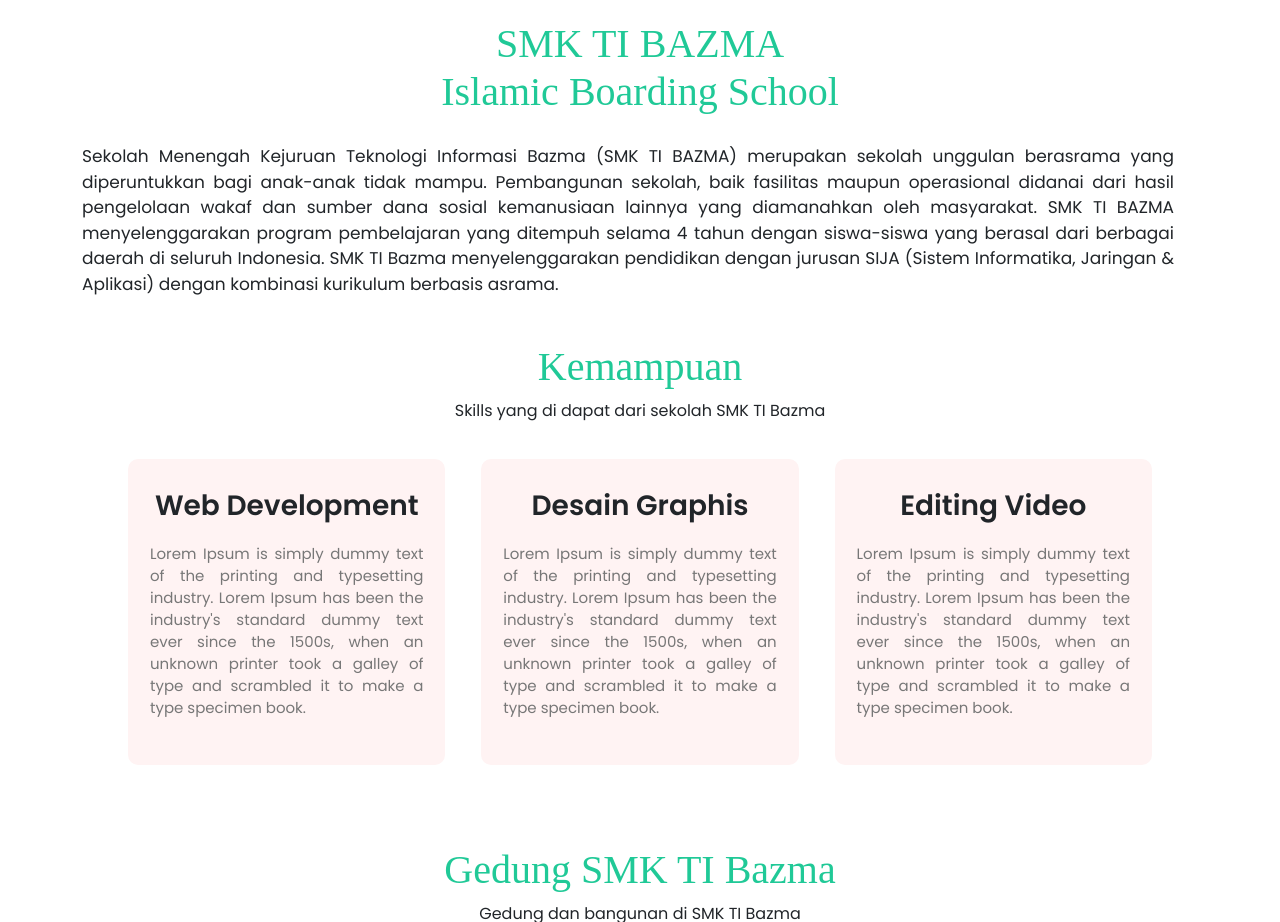
Repository: farhannurrahmat/Landing-Page-School
Page: index.html
An editor plug-in stored every save of this project. The page is shown before and after the next save, followed by the edit.
The browser window is 1280 px wide. The pictures show the part of the page from y = 720 to 1642 px (the page is 4147 px tall).
A picture or video elsewhere on the page could not be fetched, so the positions and the page height are approximate.

Above is the page before, as saved 2024-01-31 08:50:59.

After the next save:
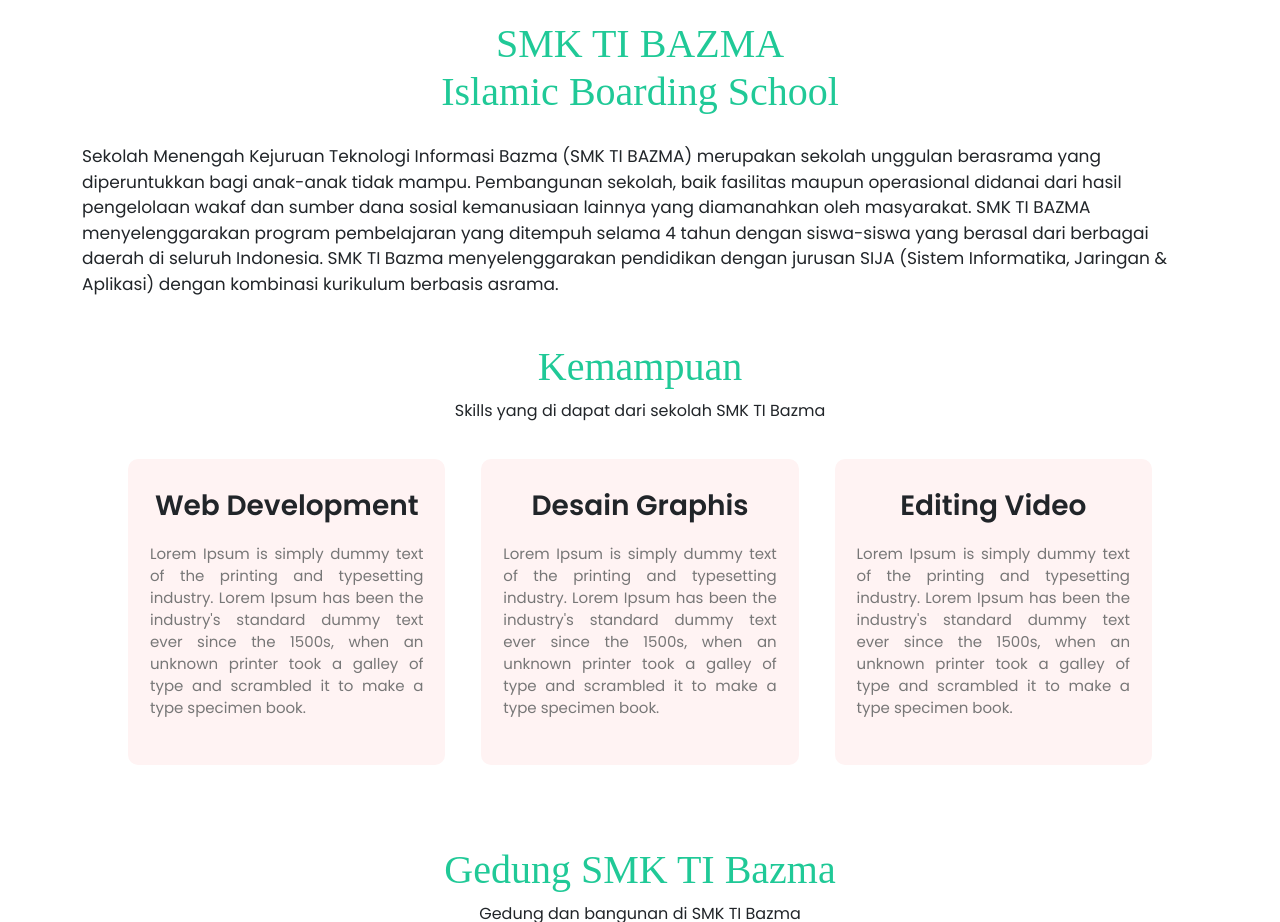
Saved 13 s later.
--- a/index.html
+++ b/index.html
@@ -44,7 +44,7 @@
       </div>
       <div class="row">
         <div class="col ">
-          <p style="text-align: justify;">Sekolah Menengah Kejuruan Teknologi Informasi Bazma (SMK TI BAZMA) merupakan sekolah unggulan berasrama
+          <p >Sekolah Menengah Kejuruan Teknologi Informasi Bazma (SMK TI BAZMA) merupakan sekolah unggulan berasrama
             yang diperuntukkan bagi anak-anak tidak mampu. Pembangunan sekolah, baik fasilitas maupun operasional
             didanai dari hasil pengelolaan wakaf dan sumber dana sosial kemanusiaan lainnya yang diamanahkan oleh
             masyarakat.

After the save that followed:
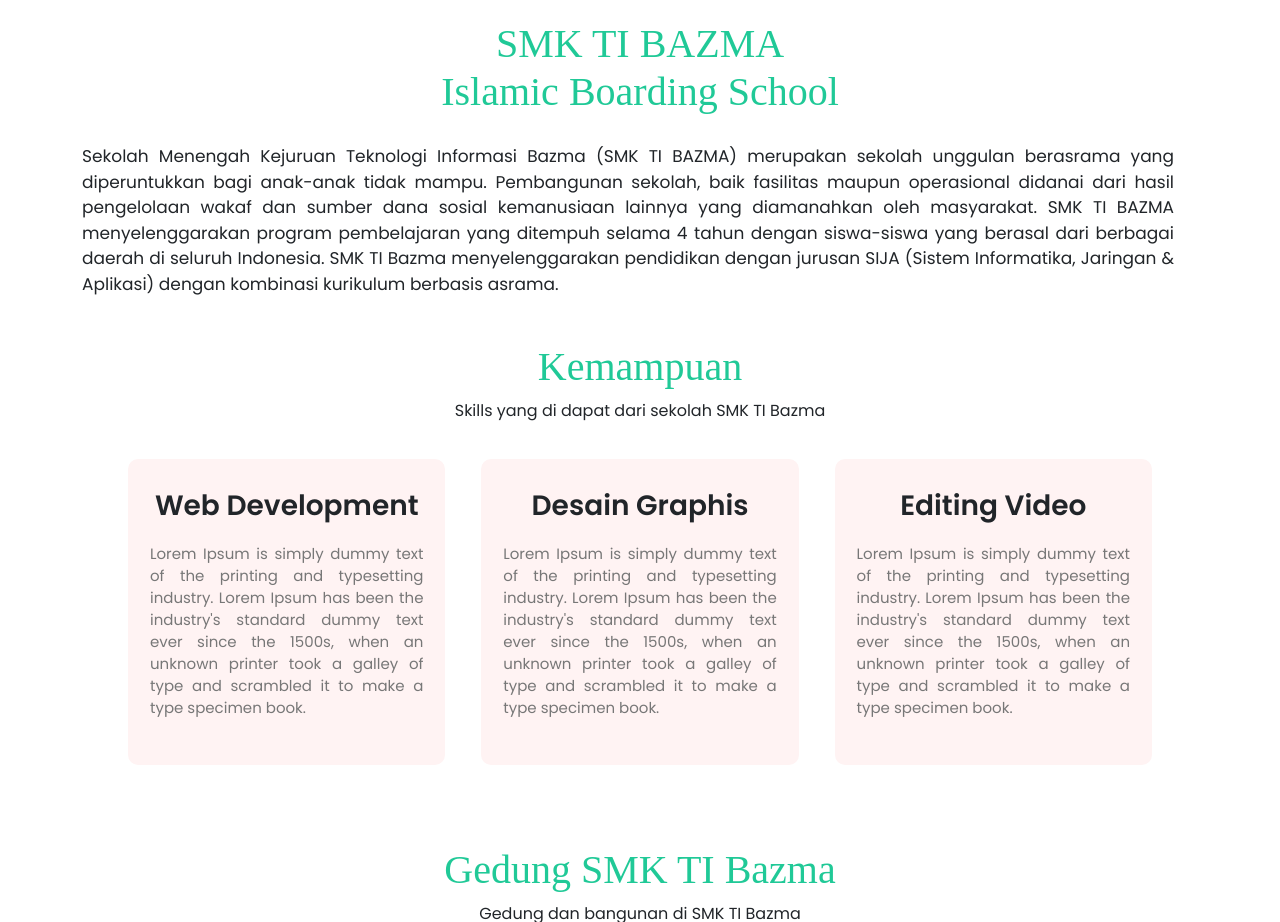
Saved 4 s later.
--- a/index.html
+++ b/index.html
@@ -44,7 +44,7 @@
       </div>
       <div class="row">
         <div class="col ">
-          <p >Sekolah Menengah Kejuruan Teknologi Informasi Bazma (SMK TI BAZMA) merupakan sekolah unggulan berasrama
+          <p style="text-align: justify;">Sekolah Menengah Kejuruan Teknologi Informasi Bazma (SMK TI BAZMA) merupakan sekolah unggulan berasrama
             yang diperuntukkan bagi anak-anak tidak mampu. Pembangunan sekolah, baik fasilitas maupun operasional
             didanai dari hasil pengelolaan wakaf dan sumber dana sosial kemanusiaan lainnya yang diamanahkan oleh
             masyarakat.
